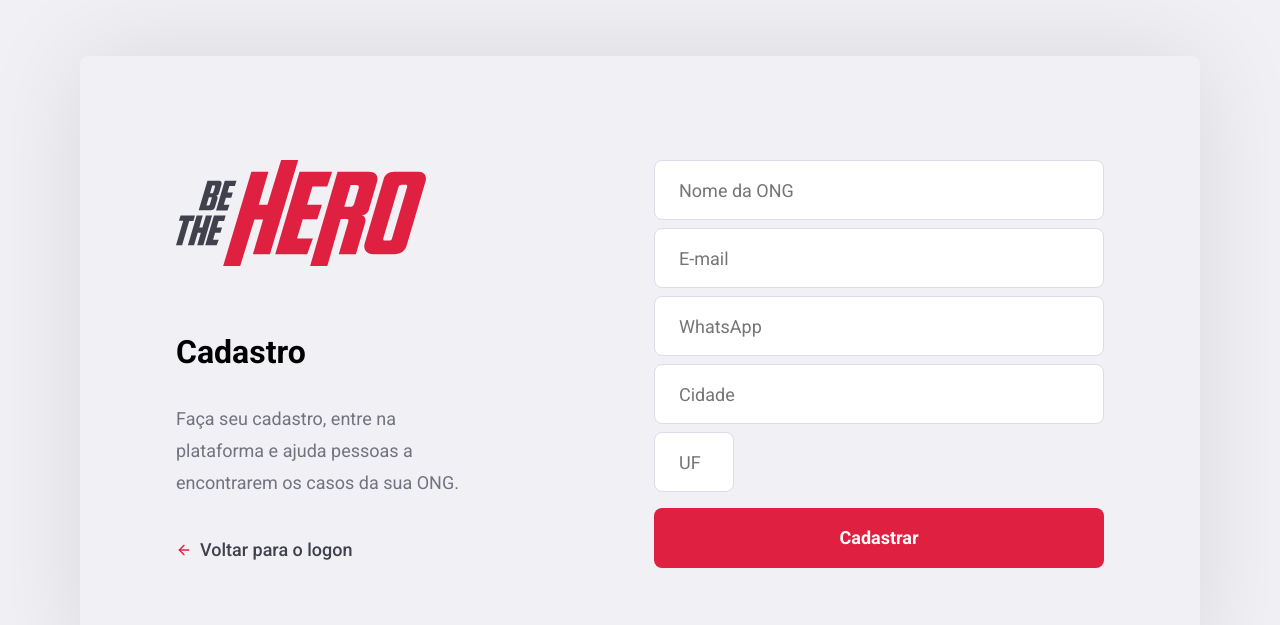
Repository: pedroevangelista/be-the-hero
Page: /incidents/new (app in frontend/)
These files come from the project's save history. The page is drawn as it stood at one moment and after the next save; the edit follows.
The browser window is 1280 px wide. The pictures show the whole page.
The project was rebuilt for these pictures with package versions that can differ from the ones it lists, and the page was loaded fresh each time. Also part of the build but not shown: frontend/src/pages/Logon/styles.css, frontend/src/pages/Logon/index.js, frontend/src/pages/Register/index.js, frontend/src/pages/Profile/styles.css, frontend/src/pages/Profile/index.js, frontend/src/pages/NewIncident/styles.css.

Above is the page before, as saved 2020-03-25 19:21:38.

### frontend/src/App.js
import React from 'react';
import './global.css'
import Routes from './routes';

function App() {

  return (
    <Routes />
  );
}

export default App;

### frontend/src/global.css
@import url('https://fonts.googleapis.com/css?family=Roboto:400,500,700&display=swap');

* {
    margin: 0;
    padding: 0;
    outline: 0;
    box-sizing: border-box;
}

body {
    font: 400 14px Roboto, sans-serif;
    background: #f0f0f5;
    -webkit-font-smoothing: antialiased;
}

input, button, textarea {
    font: 400 18px Roboto, sans-serif;
}

button {
    cursor: pointer
}

form input {
    width: 100%;
    height: 60px;
    color: #333;
    border: 1px solid #dcdce6;
    border-radius: 8px;
    padding: 0 24px;
}

.button {
    width: 100%;
    height: 60px;
    background: #e02041;
    border: 0;
    border-radius: 8px;
    color: #FFF;
    font-weight: 700;
    margin-top: 16px;
    display: inline-block;
    text-align: center;
    text-decoration: none;
    font-size: 18px;
    line-height: 60px;
    transition: filter 0.2s;
}

.button:hover {
    filter: brightness(90%);
}

.back-link {
    display: flex;
    align-items: center;
    margin-top: 40px;
    color: #41414d;
    font-size: 18px;
    text-decoration: none;
    font-weight: 500;
    transition: opacity 0.2s;
}

.back-link svg {
    margin-right: 8px;
}

.back-link:hover {
    opacity: 0.8;
}

### frontend/src/routes.js
import React from 'react';
import { BrowserRouter, Route, Switch } from 'react-router-dom';

import Logon from './pages/Logon';
import Register from './pages/Register';
import Profile from './pages/Profile';
import NewIncident from './pages/NewIncident';

export default function Routes() {
    return (
        <BrowserRouter>
            <Switch>
                <Route path="/" exact component={Logon}></Route>
                <Route path="/register" component={Register}></Route>
                <Route path="/profile" component={Profile}></Route>
                <Route path="/incidents/new" component={NewIncident}></Route>
            </Switch>
        </BrowserRouter>
    );
}

### frontend/src/pages/NewIncident/index.js
import React from 'react';
import { Link } from 'react-router-dom';
import { FiArrowLeft } from 'react-icons/fi';
import './styles.css';

import logoImg from '../../assets/logo.svg';

export default function NewIncident() {
    return (
        <div className="register-container">
            <div className="content">
                <section>
                    <img src={logoImg} alt="Be The Hero" />

                    <h1>Cadastro</h1>
                    <p>Faça seu cadastro, entre na plataforma e ajuda pessoas a encontrarem os casos da sua ONG.</p>

                    <Link className="back-link" to="/">
                        <FiArrowLeft size="16" color="#e02041" />
                        Voltar para o logon
                    </Link>
                </section>

                <form action="">
                    <input placeholder="Nome da ONG" />
                    <input type="email" placeholder="E-mail" />
                    <input placeholder="WhatsApp" />

                    <div className="input-group">
                        <input placeholder="Cidade" />
                        <input placeholder="UF" style={ { width: 80 } } />
                    </div>

                    <button className="button" type="submit">Cadastrar</button>
                </form>
            </div>
        </div>
    );
}

### frontend/src/pages/Register/styles.css
.register-container {
    width: 100%;
    max-width: 1120px;
    height: 100vh;
    margin: 0 auto;
    display: flex;
    align-items: center;
    justify-content: center;
}

.register-container .content {
    width: 100%;
    padding: 96px;
    background: #f0f0f5;
    box-shadow: 0 0 100px rgba(0, 0, 0, 0.1);
    border-radius: 8px;
    display: flex;
    justify-content: space-between;
    align-items: center;
}

.register-container .content section {
    width: 100%;
    max-width: 300px;
}

.register-container .content section h1 {
    margin: 64px 0 32px;
    font-size: 32px;
}

.register-container .content section p {
    font-size: 18px;
    color: #737380;
    line-height: 32px;
}

.register-container .content form {
    width: 100%;
    max-width: 450px;
}

.register-container .content form input {
    margin-top: 8px;
}

Loaded but not shown: frontend/public/index.html (common file); frontend/src/index.js (common file)

After the next save:
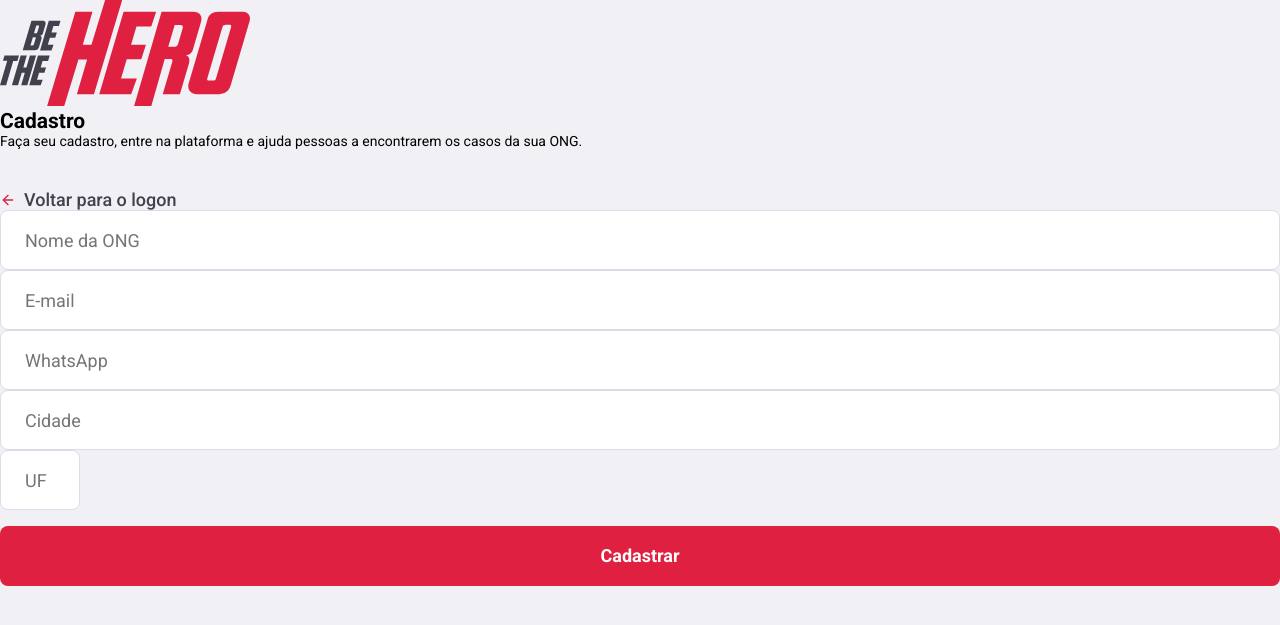
Saved 9 s later.
--- a/frontend/src/pages/NewIncident/index.js
+++ b/frontend/src/pages/NewIncident/index.js
@@ -7,7 +7,7 @@ import logoImg from '../../assets/logo.svg';
 
 export default function NewIncident() {
     return (
-        <div className="register-container">
+        <div className="new-incident-container">
             <div className="content">
                 <section>
                     <img src={logoImg} alt="Be The Hero" />
